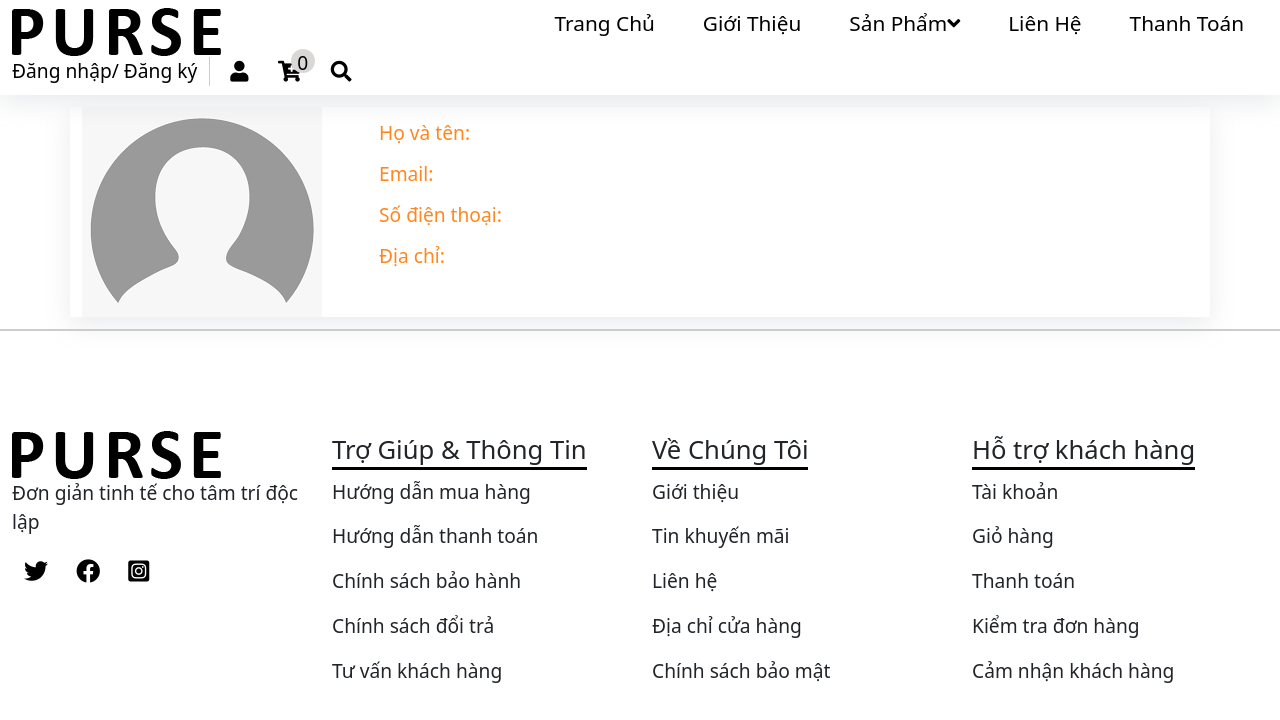
Repository: minh352623/project_firebase
Page: user.html
The author's editor kept a copy of each file at every save. The page is drawn from the files as they stood at one save, then again after the next save.
The browser window is 1280 px wide. The pictures show the whole page.
Some web libraries are served in a nearby version.

Above is the page before, as saved 2022-05-12 19:34:59.

### user.html
<!DOCTYPE html>
<html lang="en">
  <head>
    <meta charset="UTF-8" />
    <meta http-equiv="X-UA-Compatible" content="IE=edge" />
    <meta name="viewport" content="width=device-width, initial-scale=1.0" />
    <link rel="icon" href="./assets/img/logo.webp">
    <link
      rel="stylesheet"
      href="https://cdnjs.cloudflare.com/ajax/libs/font-awesome/5.15.4/css/all.min.css"
      integrity="sha512-1ycn6IcaQQ40/MKBW2W4Rhis/DbILU74C1vSrLJxCq57o941Ym01SwNsOMqvEBFlcgUa6xLiPY/NS5R+E6ztJQ=="
      crossorigin="anonymous"
      referrerpolicy="no-referrer"
    />
    <link rel="preconnect" href="https://fonts.googleapis.com" />
    <link rel="preconnect" href="https://fonts.gstatic.com" crossorigin />
    <link
      href="https://fonts.googleapis.com/css2?family=Poppins&display=swap"
      rel="stylesheet"
    />
    <link rel="stylesheet" href="./assets/css/base.css" />

    <link
      rel="stylesheet"
      type="text/css"
      href="https://cdn.jsdelivr.net/npm/slick-carousel@1.8.1/slick/slick.css"
    />
    <link rel="stylesheet" href="./assets/css/main.css" />
    <!-- <link rel="stylesheet" href="./assets/css/contact.css" /> -->
    <!-- <link rel="stylesheet" href="./assets/css/introduce.css" /> -->
    <!-- CSS only -->
    <link
      href="https://cdn.jsdelivr.net/npm/bootstrap@5.1.3/dist/css/bootstrap.min.css"
      rel="stylesheet"
      integrity="sha384-1BmE4kWBq78iYhFldvKuhfTAU6auU8tT94WrHftjDbrCEXSU1oBoqyl2QvZ6jIW3"
      crossorigin="anonymous"
    />

    <link rel="stylesheet" href="./assets/css/login.css" />
    <link rel="stylesheet" href="./assets/css/user.css" />
    <link rel="stylesheet" href="./assets/css/reponsive.css">

    <title>Thông tin cá nhân</title>
  </head>
  <body>
    <div class="app">
      <div class="header">
        <div class="navbar">
          <div class="icon-mobile-menu">
            <i class="fas fa-align-left"></i>
          </div>
          <div class="navbar-logo">
            <a href="#">
              <img src="./assets/img/logo.webp" alt="" />
            </a>
          </div>
          <div class="navbar-link ">
            <ul class="navbar-link-list">
              <li class="navbar-link-item mobile-heollo"></li>

              <li><a href="trangchu.html" class="navbar-link-item">Trang Chủ</a></li>
              <li><a href="introduce.html" class="navbar-link-item">Giới Thiệu</a></li>
              <li class="link-hover">
                <a href="./product.html" class="navbar-link-item">Sản Phẩm<i class="fas fa-angle-down"></i></a>
                <ul class="product-selsect">
                  <li><a href="">Yêu Thích</a></li>
                  <li><a href="">Giảm Giá</a></li>
                </ul>
              </li>
              <li><a href="contact.html" class="navbar-link-item">Liên Hệ</a></li>
              <li><a href="" class="navbar-link-item">Thanh Toán</a></li>
              <li><a href="./register.html" class="navbar-link-item delete-log mobile-register">Đăng ký</a></li>
              <li><a href="./index.html" class="navbar-link-item delete-log mobile-login">Đăng nhập</a></li>
              <li><a href="./index.html" class="navbar-link-item mobile-exit">Thoát</a></li>
            </ul>
          </div>

          <div class="navbar-icon">
            <div class="navbar-log">
              <div class="log-in">
                <span>
                  <a class="log-in-icon" href="./index.html">
                    Đăng nhập
                  </a>
                </span>
              </div>
              <div class="register">
                <span class="register-char">/</span>
                <span><a class="register-icon" href="./register.html">Đăng ký</a></span>
              </div>
            </div>
            <div class="hello ">
              <span>Chào</span>
              <span class="name-user "></span>
              <span>|</span>
              <a href="./index.html" class="exit">Thoát</a>
            </div>
            <div class="navbar-icon-list">
              <a href="./user.html " class="navbar-icon-item user-icon">
                <i class="fas fa-user"></i>
              </a>
              <span class="navbar-icon-item cart">
                <i class="fas fa-cart-plus"></i>
                <span class="quantity-item">0</span>

              </span>
              <span class="navbar-icon-item search">
                <i class="fas fa-search"></i>
              </span>
            </div>
          </div>
        </div>
      </div>

      <div class="main container">
        <div class="row">
          <div class="col-xl-3 col-sm-12 main-left">
            <img src="./assets/img/user.png" alt="" />
          </div>
          <div class="col-xl-9 col-sm-12 main-right">
            <div>
              <span >Họ và tên:</span>
              <span class="name"> </span>
            </div>
            <div>
              <span >Email:</span>
              <span class="name-email"></span>
            </div>
            <div>
              <span >Số điện thoại:</span>
              <span class="name-phone"></span>
            </div>
            <div>
              <span >Địa chỉ:</span>
              <span class="name-address"></span>
            </div>
          </div>
        </div>
      </div>
      <div class="footer">
        <div class="footer-content">
          <div class="footer-content-item">
            <div class="footer-content-img">
              <img src="./assets/img/logo.webp" alt="">
            </div>
            <p>Đơn giản tinh tế cho tâm trí độc lập</p>
            <div class="footer-content-icon">
              <a href="#"><i class="fab fa-twitter"></i></a>
              <a href="#"><i class="fab fa-facebook"></i></a>

              <a href="#"><i class="fab fa-instagram-square"></i></a>

            </div>
          </div>
          <div class="footer-content-item">
            <div class="footer-content-item-title">
              <span>Trợ Giúp & Thông Tin</span>
              <ul class="footer-content-item-list">
                <li>Hướng dẫn mua hàng</li>
                <li>Hướng dẫn thanh toán</li>
                <li>Chính sách bảo hành</li>
                <li>Chính sách đổi trả</li>
                <li>Tư vấn khách hàng</li>
              </ul>
            </div>
          </div>
          <div class="footer-content-item">
            <div class="footer-content-item-title">
              <span>Về Chúng Tôi</span>
              <ul class="footer-content-item-list">
                <li>Giới thiệu</li>
                <li>Tin khuyến mãi</li>
                <li>Liên hệ</li>
                <li>Địa chỉ cửa hàng</li>
                <li>Chính sách bảo mật </li>
              </ul>
            </div>
          </div>
          <div class="footer-content-item">
            <div class="footer-content-item-title">
              <span>Hỗ trợ khách hàng</span>
              <ul class="footer-content-item-list">
                <li>Tài khoản</li>
                <li>Giỏ hàng</li>
                <li>Thanh toán</li>
                <li>Kiểm tra đơn hàng</li>
                <li>Cảm nhận khách hàng</li>
              </ul>
            </div>
          </div>

        </div>



      </div>
    </div>
    <div class="model-cart ">
      <div class="cart-container">
        <div class="cart-top">
          <div class="clear cart-top-close">
            <i class="fas fa-times"></i>
          </div>
          <div class="cart-top-title">
            <span>Giỏ Hàng</span>
          </div>
          <div class="cart-top-quantity">
            <span>1</span>
          </div>

        </div>

        <div class="array-empty"></div>
        <div class="cart-center">
        </div>

        <div class="cart-bottom">
          <div class="cart-bottom-price">
            <span>Tổng tiền:</span>
            <span class="total-price">0</span>
          </div>

          <div class="cart-bottom-btn">
            <a href="#"> <button>Xem giỏ hàng</button></a>
            <a href="#"> <button>Thanh toán</button></a>

          </div>
        </div>
      </div>

    </div>

    <script
      type="text/javascript"
      src="https://code.jquery.com/jquery-1.11.0.min.js"
    ></script>
    <script
      type="text/javascript"
      src="https://code.jquery.com/jquery-migrate-1.2.1.min.js"
    ></script>
    <script
      type="text/javascript"
      src="https://cdn.jsdelivr.net/npm/slick-carousel@1.8.1/slick/slick.min.js"
    ></script>
    <!-- JavaScript Bundle with Popper -->
    <script
      src="https://cdn.jsdelivr.net/npm/bootstrap@5.1.3/dist/js/bootstrap.bundle.min.js"
      integrity="sha384-ka7Sk0Gln4gmtz2MlQnikT1wXgYsOg+OMhuP+IlRH9sENBO0LRn5q+8nbTov4+1p"
      crossorigin="anonymous"
    ></script>
    <script src="./js/slick.js"></script>
    <script src="./js/main.js" type="module"></script>
    <script src="./js/user.js"></script>
  </body>
</html>

### assets/css/base.css
:root{
    --background-main:#e4e4e4;
    --hover-color:#ff871d ;
    --white-color:#fff;
    --text-color: #000;

}

*{
    box-sizing:  border-box;
}

html{
    /* 16px */
    font-size: 100%;
    line-height: 1.6rem;
    font-family: 'Poppins', sans-serif;
    scroll-behavior: smooth;
}

### assets/css/main.css

.app {
    overflow: hidden;
}
/* HEADER */
.header{
    left: 0;
    right: 0;
    top: 0;
    z-index: 999;
}

.navbar{
    display: flex;
    justify-content: space-between;
    align-items: center;
    background-color: var(--white-color);
    padding: 24px 12px;
    box-shadow: rgba(149, 157, 165, 0.2) 0px 8px 24px;
}
.navbar-logo a{
 text-decoration: none;
}
.navbar-link-list{
    display: flex;
    align-items: center;
    padding-left: 0;
    list-style: none;
}
.navbar-link-item{
    text-decoration: none;
    padding: 8px 24px;
    font-size: 1.3rem;
    color: var(--text-color);
}
.navbar-icon{
    display: flex;
    align-items: center;
    font-size: 1.3rem;
    color: var(--text-color);

}

.navbar-log{
    display: flex;
    align-items: center;
    font-size: 1.2rem;
    border-right: 1px solid #ccc;
    padding-right: 12px;
    color: var(--text-color);


}
.log-out-char{
    margin: 0 4px;
}

.log-in-icon,
.register-icon{
    text-decoration: none;
    color: var(--text-color);

}
.navbar-icon-list{
    margin-left: 12px;
}
.navbar-icon-item{
    padding: 0 8px;
}

.navbar-link-item:hover,
.register-icon:hover,
.log-in-icon:hover,
.navbar-icon-item:hover{
    color: var(--hover-color);
}

.link-hover{
    position: relative;
}
.link-hover:hover .product-selsect{
    display: block;
    z-index: 1;
}
.product-selsect{
    position: absolute;
    background-color: var(--white-color);
    box-shadow: rgba(149, 157, 165, 0.2) 0px 8px 24px;
    padding: 12px;
    width: 200px;
    list-style: none;
    cursor: pointer;
    display: none;
}
.product-selsect a{
    text-decoration: none;
    font-size: 1.2rem;
    padding: 12px 4px;
    color: var(--text-color);
}
.product-selsect a:hover{
    color: var(--hover-color);
}
.product-selsect li{
    margin: 20px 0;
}

.cart{
    position: relative;
    margin: 0 8px;
}
.quantity-item{
    width: 24px;
    height: 24px;
    position: absolute;
    top: -8px;
    right: 0;
    text-align: center;
    font-size: 1.2rem;
    background-color:rgb(218, 215, 215);
    border-radius: 50%;
}
/* main */
.main{
    margin: 20px 0 50px;

}
.main-banner{
    display: grid;
    grid-template-columns: 3fr 1fr;
    grid-gap: 0 24px;
}
.slick-arrow{
    position: absolute;
    top: 50%;
    z-index: 1;
    width: 60px;
    height: 60px;
    border-radius: 50%;
    border: none;
    cursor: pointer;
    background-color: var(--white-color);
}

.slick-arrow i{
    font-size: 40px;

}
.main-banner .main-banner-left{
    overflow: hidden;
    width: 100% !important;
}
.slick-arrow:hover{
    background-color: var(--hover-color);
    color: var(--white-color);
}
.slick-track,
.slick-list{
    width: 100%;
    height: 100%;

}
.main-banner-right-img{
    overflow: hidden;
    border-radius: 24px;
    position: relative;



}
.main-banner-right-img img,
.main-banner-left-img img{
    width: 100%;
    height: 100%;
    object-fit: cover;
    border-radius: 24px;
    transition: all ease 0.25s;

}
.slick-next{
 right: 0;
}
.slick-prev{
    left: 0;
   }
.main-banner-right{

    display: grid;
    grid-gap: 24px 0;
    grid-template-columns: 1fr;
}
.main-banner-right-img img:hover{
    transform: scale(1.1);
    border-radius: 24px;

}
.hover2:hover::after,
.hover2:hover::before{
    width:50%;
}

.hover2::before,
.hover2::after{
    content: "";
    position: absolute;
    display: block;
    top: 0;
    width: 0;
    bottom: 0;
    background-color: #333;
    opacity: 0.2;
    z-index: 1;
    transition: all ease 0.8s;
    -webkit-transition: all 0.4s ease;
}
.hover2::before{
    left: 0;
}
.hover2::after{
    right: 0;
}
.main-conent{
    display: grid;
    grid-template-columns: 1fr 1fr;
    margin: 48px 0;

}
.main-content-img img{
    border-radius: 24px;
    width: 100%;

}
.main-content-text{
    display: flex;
    flex-direction: column;
    justify-content: center;
    align-items: center;
    padding: 0 100px ;
    line-height: 1.2;
}
.main-content-text h1{
    font-size: 3rem;
}
.main-content-text p{
    font-size: 1.2rem;
    text-align: justify;
    line-height: 1.2;
}
.main-content-text button{
    width: 200px;
    height: 60px;
    font-size: 1.3rem;
    background-color: var(--white-color);
    color: var(--text-color);
    cursor: pointer;
    border: 3px solid #000;
}
.main-content-text button:hover{
    background-color: var(--text-color);
    color: var(--white-color);
}

.product-container{
    display: flex;
    flex-direction: column;
}

.product-container-title{
    text-align: center;
    border-bottom: 2px solid #ff871d ;
    display: inline-block;
    margin: 50px auto;
    font-size: 2rem;
    padding: 12px 0;
    font-weight: 400;
}
.main-product{
    display: grid;
    grid-template-columns: repeat(4,1fr);
    grid-gap: 32px 24px;
    height: 188vh;
    overflow: hidden;
    transition: all 0.25s ease;
}

.main-product.height-auto{
    height: auto;
    transition: all 0.25s ease;


}
.main-product-item{
    width: 100%;

    text-align: center;
}
.main-product-item-img{
    position: relative;

}

.main-product-item-img img{
    width: 100%;
    height: 550px;
    object-fit: cover;
    border-radius: 8px;
}
.main-product-item-price{
    color: var(--hover-color);
}
.main-product-item-name,
.main-product-item-price{
    font-size: 1.2rem;
    padding: 8px 0;
}
.product-container-btn {
    text-align: center;
    margin: 24px 0;

}


.product-container-btn button{
    padding: 25px 75px;
    background-color: var(--text-color);
    color: var(--white-color);
    font-size: 1.3rem;
    border: none;
    cursor: pointer;

}
.product-container-btn button:hover{
    background-color: var(--hover-color);
}
.main-product-item-img-icon{
    position: absolute;
    left: 50%;
    bottom: 20px;
    transform: translateX(-50%);
    font-size:1.5rem;
    display: flex;
    justify-content: space-around;
    width: 70%;
    opacity: 0;
    visibility: hidden;
    transition: all 0.25s ease-in;
    cursor: pointer;
}
.main-product-item-img:hover .main-product-item-img-icon{
    bottom: 60px;
    opacity: 1;
    visibility: visible;
}


.icon{
    border-radius: 50%;
    background-color: var(--white-color);
    padding: 16px;
}
.icon:hover{
    background-color: var(--hover-color);
    color: var(--white-color);

}
.main-time{
    text-align: center;
    background-image: url("../img/bg.webp");
    background-attachment: fixed;
    background-repeat: no-repeat;
    background-size: cover;
    height: 80vh;
    display: flex;
    flex-direction: column;
    justify-content: center;
}
.main-time h3{
    font-size:1.5rem;
}
.main-time h1{
    font-size:4rem;

}

.main-time-content{
    margin: 100px 0;

}

.main-time-content-count{
    padding: 70px;
    background-color: var(--white-color);
    margin: 0 25px;
    font-size: 3rem;
}

.main-blog{
    text-align: center;
}



.main-blog-list{
    display: grid;
    grid-template-columns: repeat(3 ,1fr);
    grid-gap: 0 24px;
}
.main-blog-item-img img{
    width: 100%;
    height: 100%;
    object-fit: cover;
}
.main-blog-content-new{

    color: #83868c;
    font-size: 1.3rem;
    padding: 12px 0;
}
.main-blog-content-show span:hover,
.main-blog-content-new span:hover{
    color: #ff871d;
    cursor: pointer;
}
.main-blog-content-show{
    font-size: 1.8rem;
    padding: 12px 0 24px;



}

.main-blog-content-show span{

    border-bottom: 2px solid #ff871d;
    border-width:fit-content;
    padding-bottom: 8px;
}
.main-blog-content-story{
    font-size: 1.2rem;
    color: #83868c;
line-height: 1.7;
}

.footer{
    padding-top: 100px;
    border-top: 2px solid #ccc;
}

.footer-content{
    display: grid;
    grid-template-columns: repeat(4, 1fr);
}

.footer-content-item p{
    font-size: 1.2rem;
}
.footer-content-icon a{
    padding: 0 12px;
    font-size: 1.5rem;
    text-transform: none;
    color: #000;
}

.footer-content-item-list{
    padding-left: 0;
}
.footer-content-item-list li{
    list-style: none;
    font-size: 1.2rem;
    padding: 8px 0;
    transition: all 0.25s linear;
    cursor: pointer;
}

.footer-content-item-list li:hover{
    border-bottom: 2px solid #ff871d;
    display: inline-block;
}
.footer-content-item-title{
    font-size: 1.6rem;
}
.footer-content-item-title span{
    border-bottom: 3px solid #000;

}
.footer-content-item{
    padding: 0 12px;
}
/* MODEL CART */
.model-cart {
    position: fixed;
    width: 100%;
    top: 0;
    left: 0;
    right: 0;
    bottom: 0;
    z-index: 999;
    background-color: rgba(0, 0, 0, 0.4);
    visibility: hidden;
}

.model-cart.active{
    visibility: visible;
}
.model-cart.active .cart-container{
    transform: translateX(0);

}
.cart-container{
    width: 380px;
    position: absolute;
    right: 0;
    background-color: #fff;
    padding: 0 12px;
    top: 0;
    bottom: 0;
    transform: translateX(100%);
    transition: all 0.5s ease;



}
.cart-center-item-img img{
    width: 100%;
    height: 100%;
    object-fit: cover;
}
.cart-top{
    display: flex;
    justify-content: space-between;
    margin: 0 -12px;


}
.cart-top>div{
 border: 1px solid rgb(229, 225, 225);
}
.cart-top-quantity span,
.cart-top-close {
    padding: 12px;
   display: flex;
   justify-content: center;
   align-items: center;
}
.cart-top-close:hover{
    color: var(--white-color);
    background-color:#ff871d;
}
.cart-top-title{
    flex: 1;
    display: flex;
    justify-content: center;
    align-items: center;


}
.cart-center{
    max-height: 80vh;
    min-height: 75vh;
    overflow-y: auto;
}
.cart-center-item{
    margin: 12px 0;
    display: grid;
   grid-template-columns: 1fr 2fr;
    grid-gap: 8px 0;
    border-bottom: 1px solid rgb(229, 225, 225);
}
.cart-center-item-img img{
    width: 100px;
    height: 100px;
    object-fit: cover;
}

.cart-center-info-name{
    display: flex;
    justify-content: space-between;
}

.cart-bottom-price{
    display: flex;
    justify-content: space-between;
    padding: 12px 4px;
    margin: 0 -12px;
    background-color: #ccc;
    color: #000;
}
.cart-bottom-btn{
    display: grid;
    grid-template-columns: 1fr 1fr;
    margin: 0 -12px;

}
.cart-bottom-btn a button{

    width: 100%;
    padding: 24px 12px;
    background-color: #000;
    color: white;
    font-size: 18px;
    cursor: pointer;
}

.cart-center-info-name-clear i{
    font-size: 20px;
}

.cart-center-info-name-clear i:hover{
    cursor: pointer;
    /* background-color: red; */
    color: red;
   transform: scale(1.2);
}
.user-icon{
    text-decoration: none;
    color: #000;
}
.icon-mobile-menu {
    display: none;
}
.icon-mobile-menu i{
    font-size: 2rem;

}
.none{
    display: none !important;
}
.exit{
    text-decoration: none;
    color: #000;

}
.exit:hover{
    color: #ff871d;
}
.mobile-heollo,
.delete-log,
.mobile-exit{
    display: none;
}

### assets/css/login.css

.main{
    display: flex;
     width: 1300px;
    margin: 100px auto;
  box-shadow: rgba(149, 157, 165, 0.2) 0px 8px 24px;
 }
 .main-login{
    margin: auto;
 }
 .main-login form{
     display: grid;
     grid-template-columns: repeat(2, 1fr);
     grid-gap: 0 50px;
 }
 .main-login h1{
     margin: 48px 0;
     text-align: center;
     font-size: 3rem;
     letter-spacing: 8px;
 }
 .main-login-item{
     font-size: 1.5rem;
     margin: 12px 0;

 }
 .main-login-item input{
     font-size: 1.5rem;
     padding: 12px;
     width: 500px;
     margin: 12px 0;
 }
 .main-login-item-content span:last-child{
     color: red;
 }

 .main-login-btn{



     width: 250px;
     height: 70px;
     font-size: 1.3rem;
     letter-spacing: 4px;
     color: var(--white-color);
     background-color: var(--text-color);
 }
 .main-login-btn:hover{
     background-color: var(--white-color);
     color: var(--hover-color);
     border-color: var(--hover-color);
 }
 .main-login-return{
     text-decoration: none;
     color: var(--text-color);
     text-align: right;
     font-size: 1.5rem;
     display: inline-block;
 }
 .main-login-return:hover{
     color: var(--hover-color);
 }
 .error{
    color: red;
}
.mess{
    width: 1050px;
    background-color: red;
    color: #fff;
    text-align: center;
}
.footer-form{
    width: 100%;
    display: flex;
    justify-content: space-between;
    align-items: center;
}

### assets/css/user.css
.main{

    margin: 12px auto;
    display: block;
}
.main-right{
    /* width: 500px; */
}
.main-right>div {
    /* display: flex; */
    margin: 12px;
    font-size: 1.2rem;
}
.main-right>div span:first-child{
    color: var(--hover-color);

}

Loaded but not shown: js/main.js (210 lines, source omitted); js/data.js (167 lines, source omitted); js/user.js (50 lines, source omitted); js/slick.js (33 lines, source omitted); assets/css/reponsive.css (184 lines, source omitted)

After the next save:
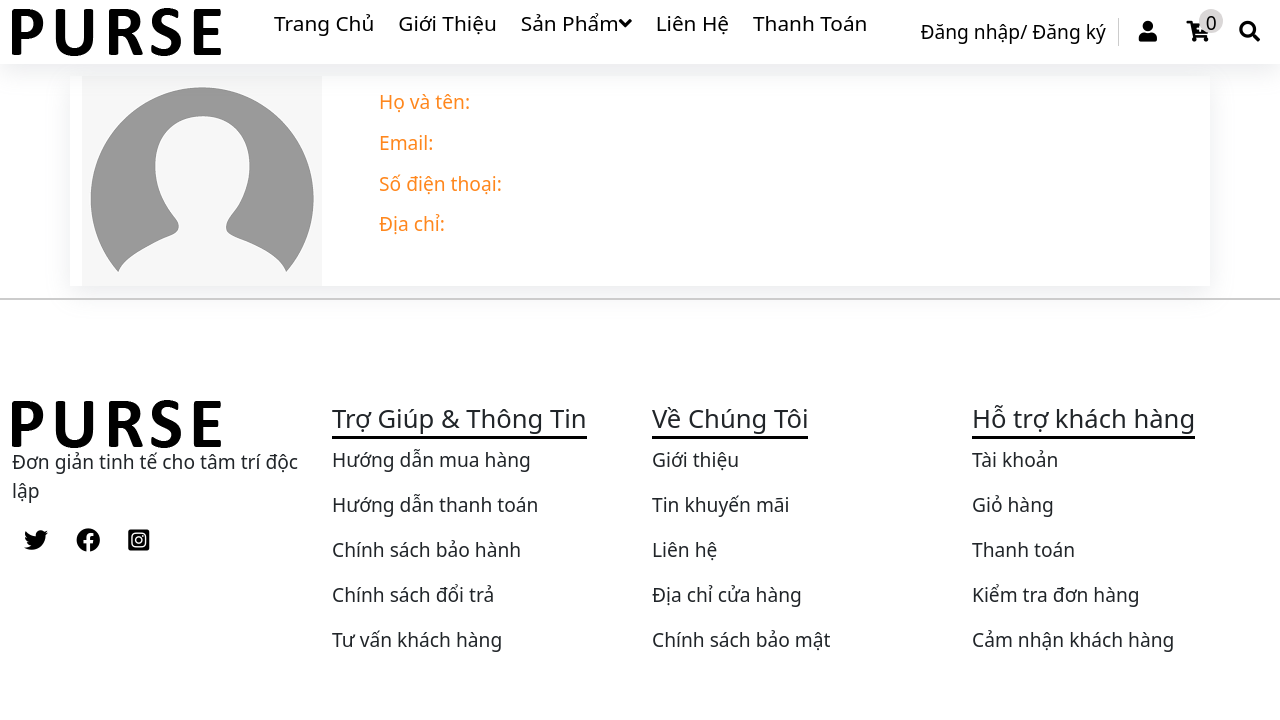
Saved 77 s later.
--- a/assets/css/main.css
+++ b/assets/css/main.css
@@ -29,7 +29,7 @@
 }
 .navbar-link-item{
     text-decoration: none;
-    padding: 8px 24px;
+    padding: 8px 12px;
     font-size: 1.3rem;
     color: var(--text-color);
 }
